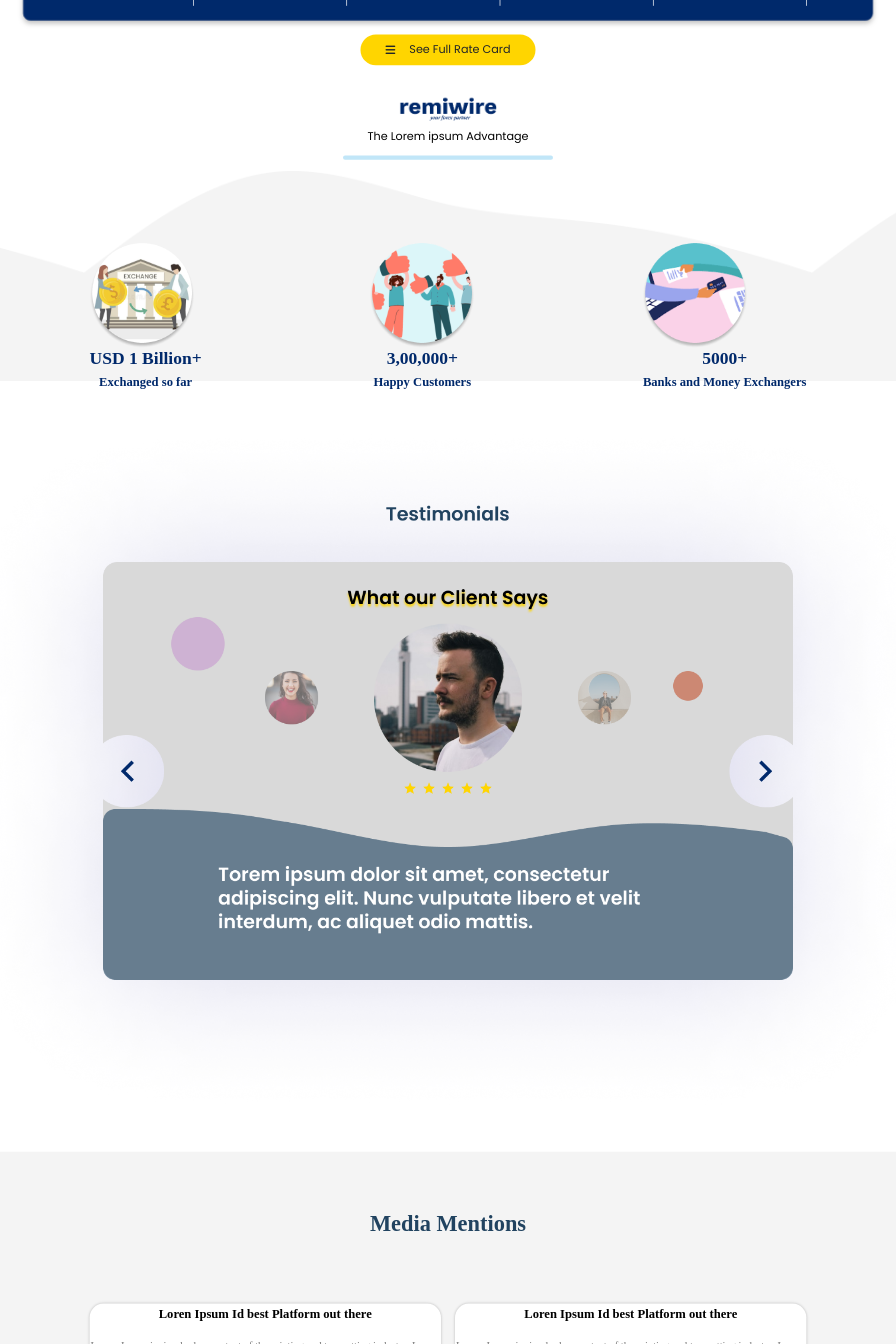
Repository: FlyweisReact/Akshadeep-latest
Page: /
An editor plug-in stored every save of this project. The page is shown before and after the next save, followed by the edit.
The browser window is 1280 px wide. The pictures show the part of the page from y = 916 to 2836 px (the page is 3583 px tall before and 3607 px after), at 70% of full size.
Some web libraries are served in a nearby version. The project was rebuilt for these pictures with package versions that can differ from the ones it lists, and the page was loaded fresh each time. Also part of the build but not shown: src/components/exchange.jsx, src/components/order_p1.jsx, src/components/order_p2.jsx, src/components/faas.jsx, src/components/offer.jsx, src/components/main2.jsx, src/components/home.jsx, src/components/slider.jsx and 6 more.

Above is the page before, as saved 2023-05-23 16:12:35.

After the next save:
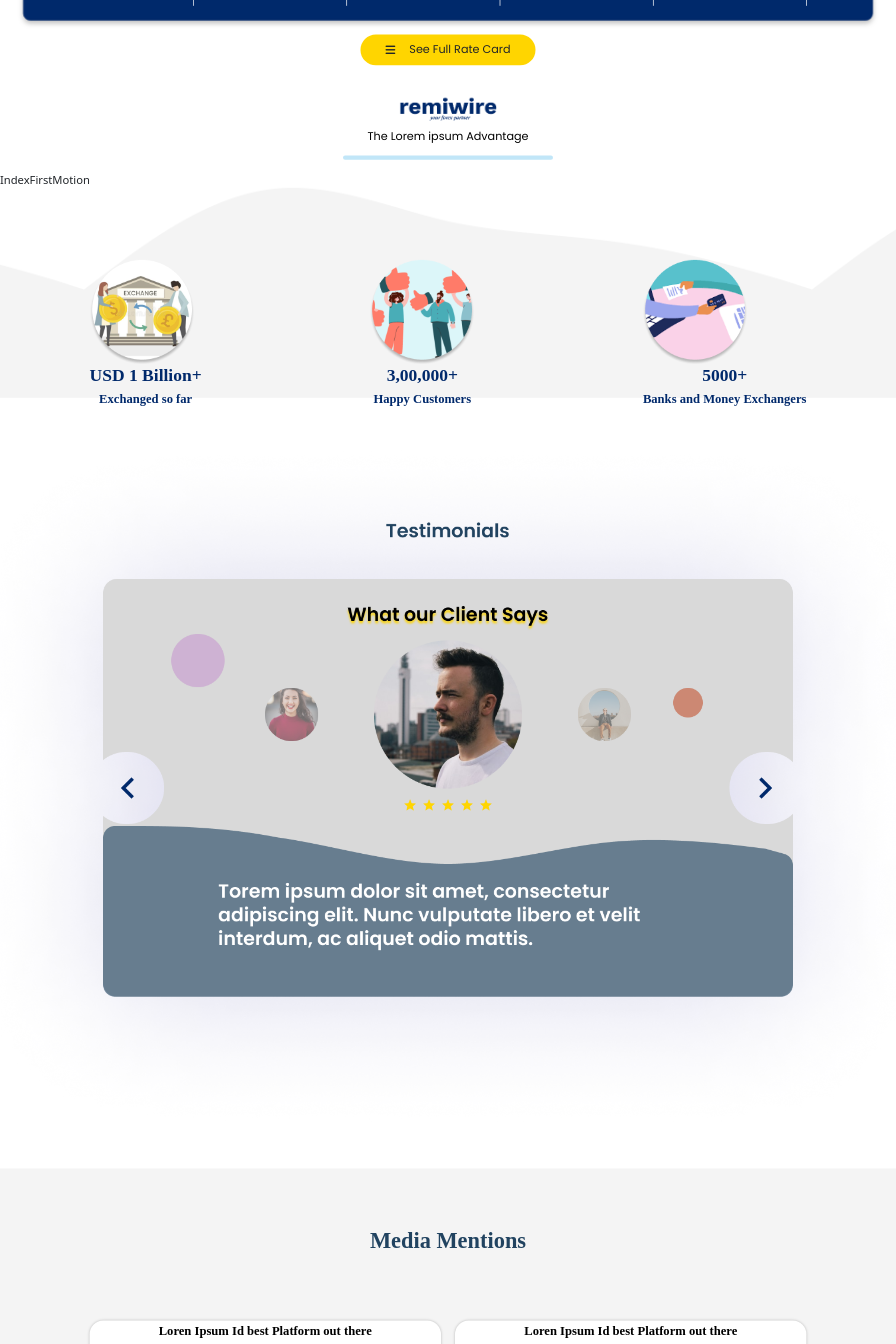
Saved 5 s later.
--- a/src/components/Main.jsx
+++ b/src/components/Main.jsx
@@ -10,6 +10,7 @@ import UpperForm from "./Component/Index/UpperForm";
 import UpperSlider from "./Component/Index/UpperSlider";
 import CurrencySlider from "./Component/Index/CurrencySlider";
 import logo from '../Images/logo.png'
+import IndexFirstMotion from "./Component/Index/IndexFirstMotion";
 
 function Main() {
   return (
@@ -43,7 +44,7 @@ function Main() {
 
 
     <div className="Index_First_Motion">
-
+    <IndexFirstMotion />
     </div>
 
 

After the save that followed:
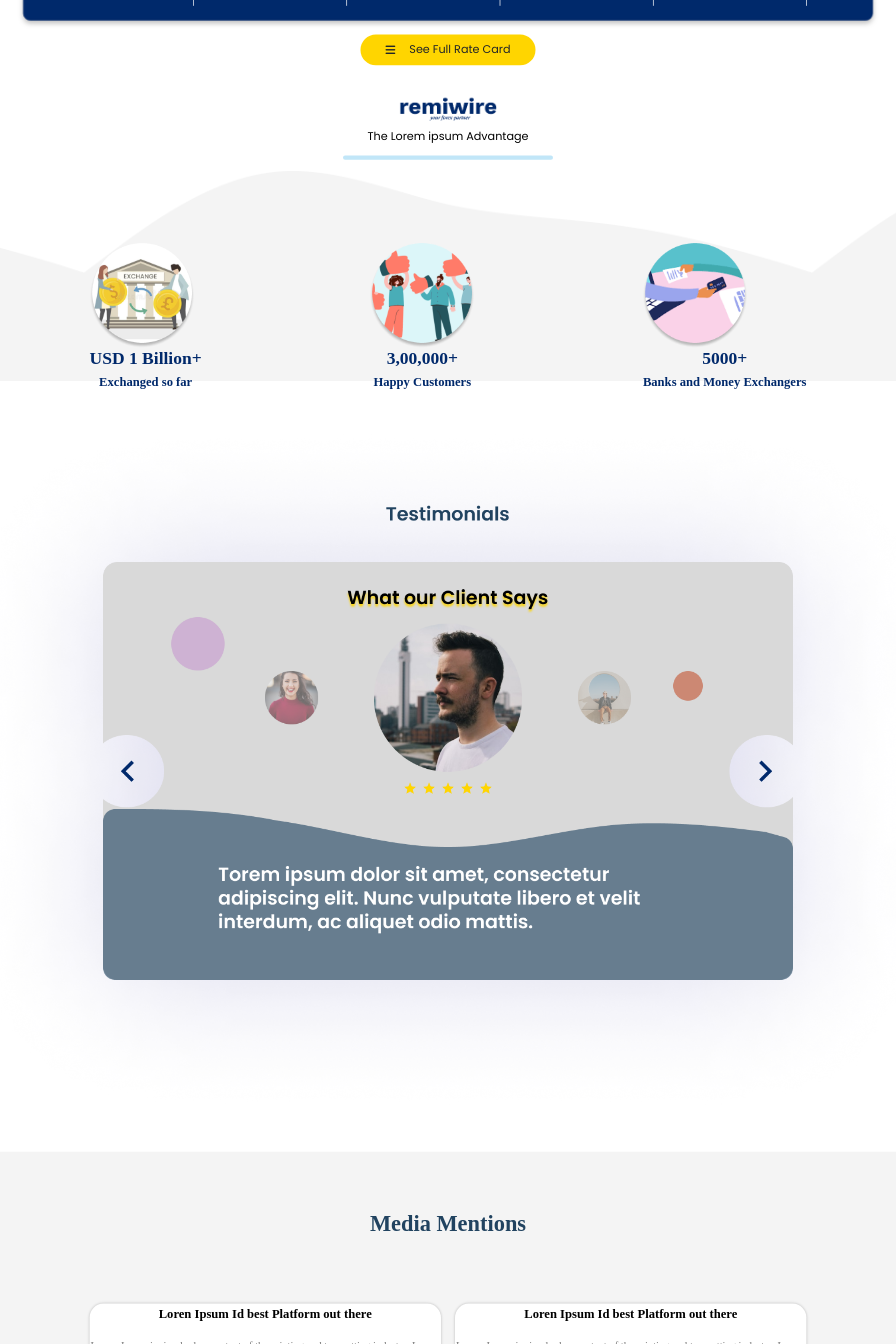
Saved 5 s later.
--- a/src/components/Component/Index/IndexFirstMotion.js
+++ b/src/components/Component/Index/IndexFirstMotion.js
@@ -2,7 +2,9 @@ import React from 'react'
 
 const IndexFirstMotion = () => {
   return (
-    <div>IndexFirstMotion</div>
+    <>
+
+    </>
   )
 }
 
